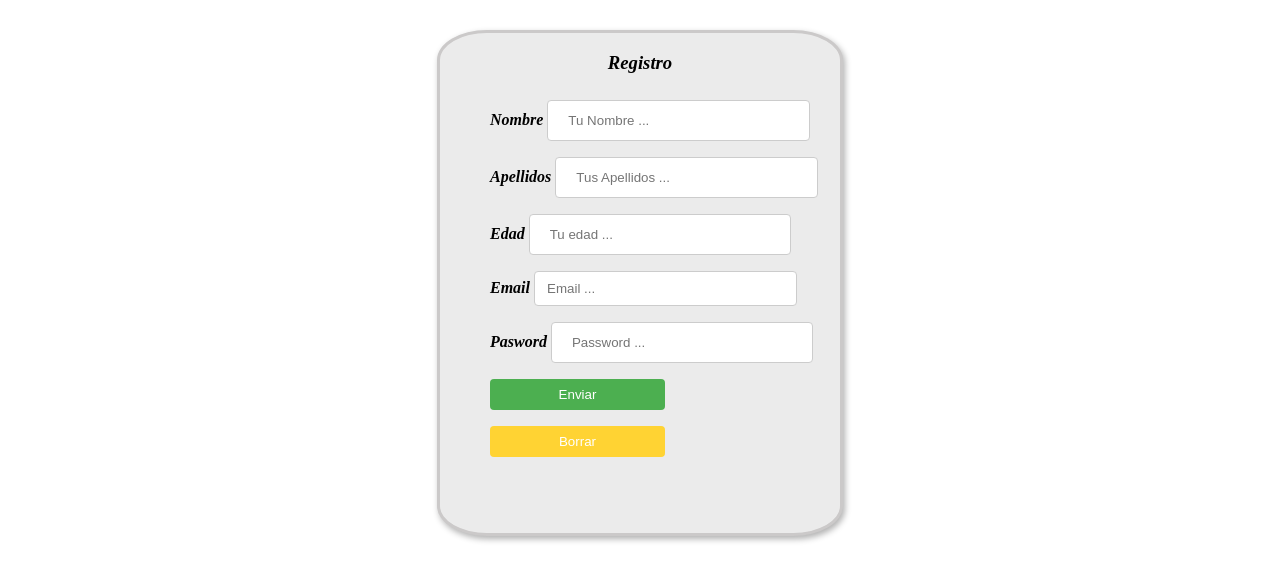
Repository: nachmz42/ProyectoJoker
Page: http://localhost/Joker/registro.jsp
The author's editor kept a copy of each file at every save. The page is drawn from the files as they stood at one save, then again after the next save.
The browser window is 1280 px wide. The pictures show the whole page.
The page is served by Tomcat 9.

Above is the page before, as saved 2021-07-02 13:04:43.

After the next save:
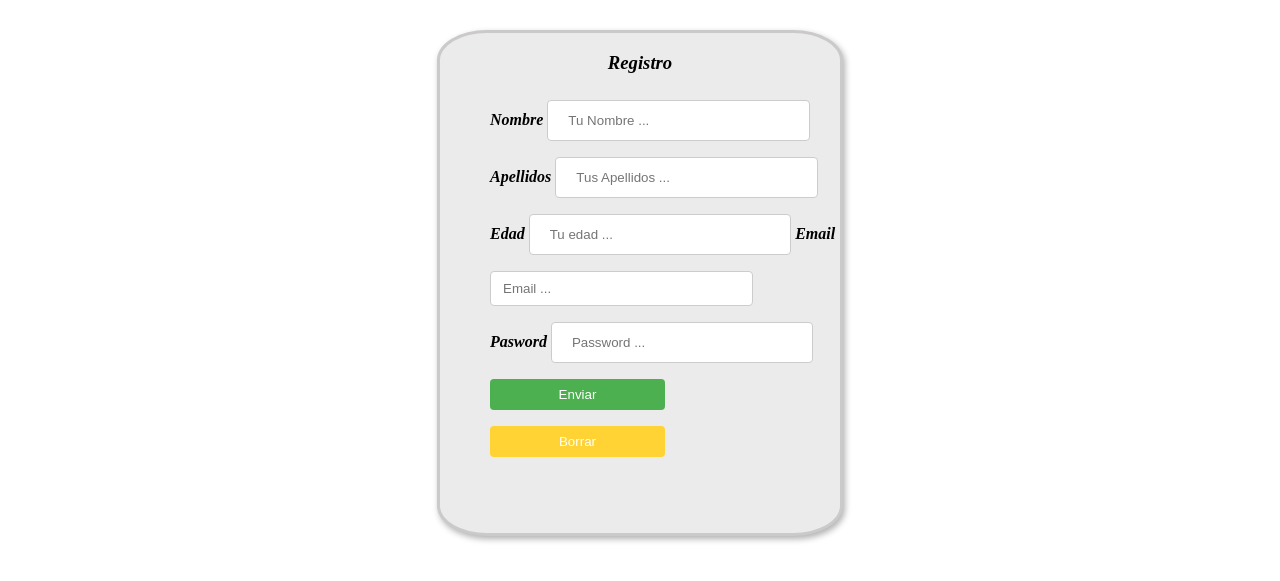
Saved 96 s later.
--- a/Joker/src/main/webapp/registro.jsp
+++ b/Joker/src/main/webapp/registro.jsp
@@ -16,19 +16,19 @@
 <div class="form2">
   <form action="/Joker/ServletResgistro" method="post">
     <label for="nombre">Nombre</label>
-    <input type="text" id="nombre" name="nombre" placeholder="Tu Nombre ..."><br>
+    <input type="text" id="nombre" name="nombre" placeholder="Tu Nombre ...">
 
     <label for="apellidos">Apellidos</label>
-    <input type="text" id="apellidos" name="apellidos" placeholder="Tus Apellidos ..."><br>
+    <input type="text" id="apellidos" name="apellidos" placeholder="Tus Apellidos ...">
 
     <label for="edad">Edad</label>
-    <input type="text" id="edad" name="edad" placeholder="Tu edad ..."><br>
+    <input type="text" id="edad" name="edad" placeholder="Tu edad ...">
 
     <label for="email">Email</label>
     <input type="email" id="email" name="email" placeholder="Email ...">
     <br>
     <label for="password">Pasword</label>
-    <input type="text" id="password" name="password" placeholder="Password ...">   <br>
+    <input type="text" id="password" name="password" placeholder="Password ...">
 
     <input type="submit" value="Enviar"><br>
     <input type="reset" value="Borrar"><br>
